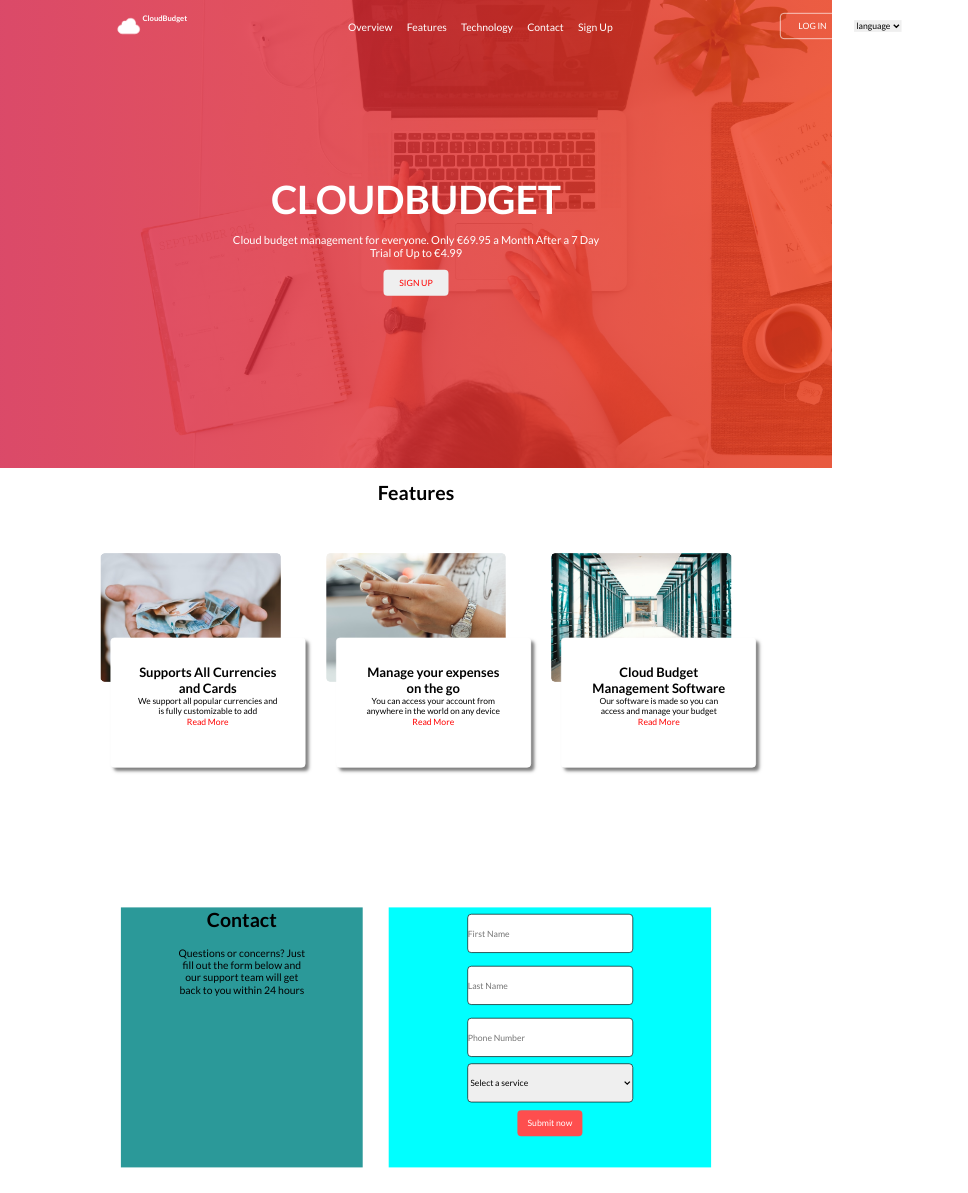
Repository: havvanurrana/website3
Page: index.html
An editor plug-in stored every save of this project. The page is shown before and after the next save, followed by the edit.
The browser window is 1280 px wide. The page is 1490 px wide, so the pictures cover 1490 px, including what lies to the right of the window. The pictures show the whole page, at 65% of full size.

Above is the page before, as saved 2024-08-02 15:59:33.

After the next save:
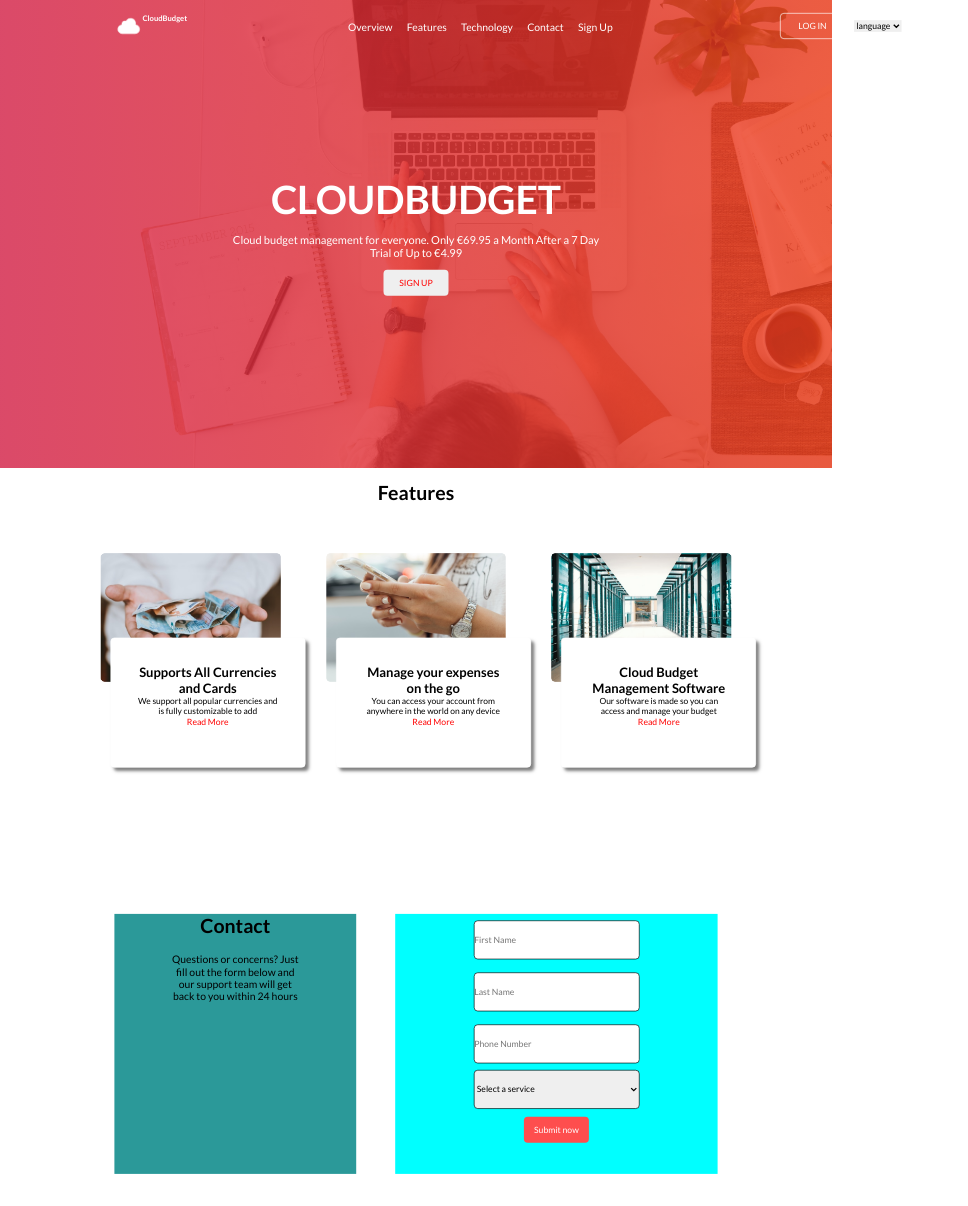
Saved 15 s later.
--- a/style.css
+++ b/style.css
@@ -233,7 +233,7 @@ input{
    justify-content:center;
    align-items: center;
    padding: 0 7%;
-   margin: 2rem;
+   margin: 3rem;
 }
 .contact h1{
    font-size: 30px;
